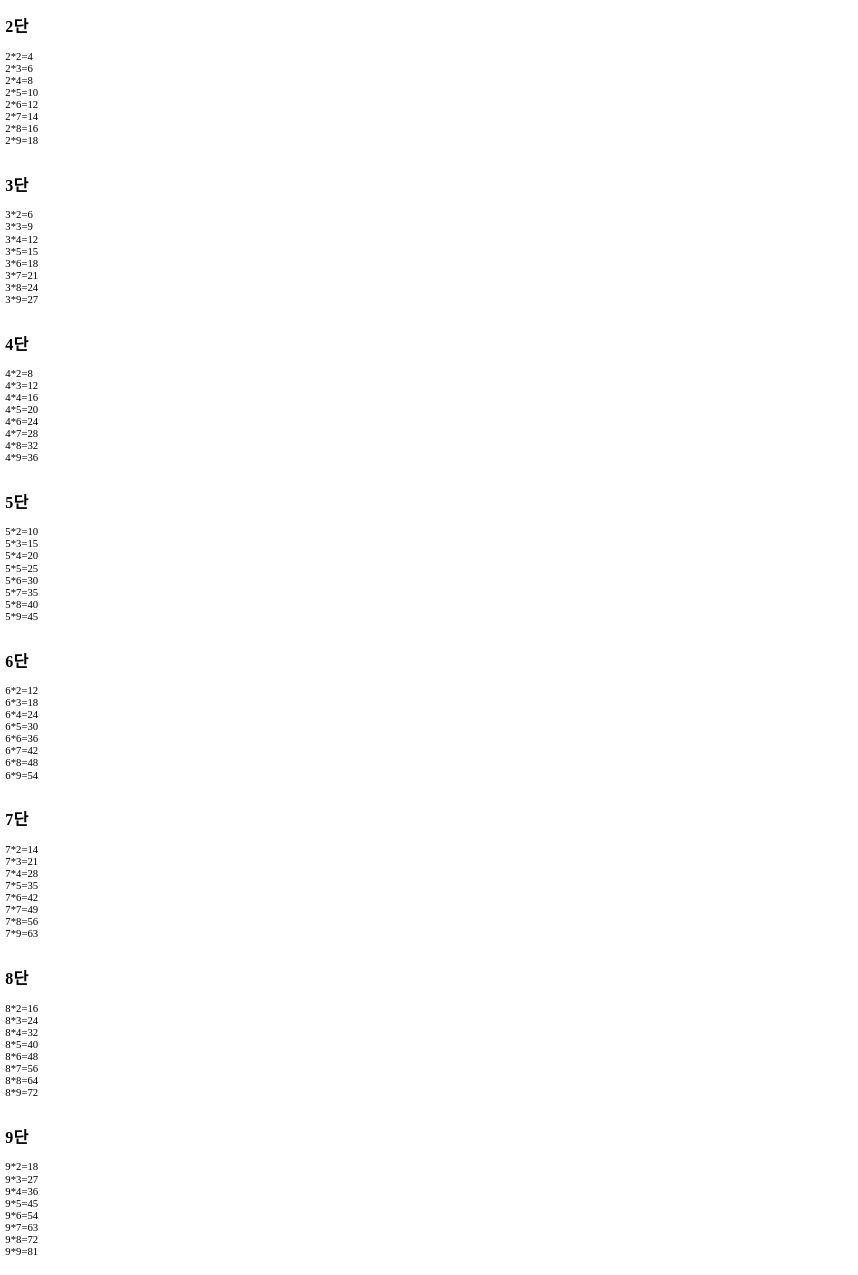
Repository: Park-Dongheon/Servlet-JSP_Training
Page: http://localhost/MissionJSP/Gugudan1-1.jsp
An editor plug-in stored every save of this project. The page is shown before and after the next save, followed by the edit.
The browser window is 1280 px wide. The pictures show the whole page, at 67% of full size.
The page is served by Tomcat 10. Other server files are loaded and not shown.

Above is the page before, as saved 2024-06-11 04:04:33.

### MissionJSP/src/main/webapp/Gugudan1-1.jsp
<%@ page language="java" contentType="text/html; charset=UTF-8"
	pageEncoding="UTF-8"%>

<!DOCTYPE html>
<html>
<head>
<meta charset="UTF-8">
<title>구구단</title>
</head>
<body>
	<%
	String dir = "ver";

	try {
		// http://localhost:8080/missionJSP/Gugudan1.jsp?dan=2
		dir = request.getParameter("dir").toString();

	} catch (Exception e) {}

	if (dir.equalsIgnoreCase("ver")) {

		for (int i = 2; i <= 9; i++) {
			out.print(String.format("<h2>%d단</h2>", i));
			for (int j = 2; j <= 9; j++) {
				out.print(i + "*" + j + "=" + (i * j) + "<br />");
			}
			out.print("<br />");
		}
	} else if (dir.equalsIgnoreCase("hor")) {
		for (int i = 2; i <= 9; i++) {
			out.print(String.format("<h2>%d단</h2>", i));
			for (int j = 2; j <= 9; j++) {
				out.print(i + "*" + j + "=" + (i * j) + "&nbsp&nbsp&nbsp");
			}
			out.print("<br />");
		}
	}
	%>
</body>
</html>

After the next save:
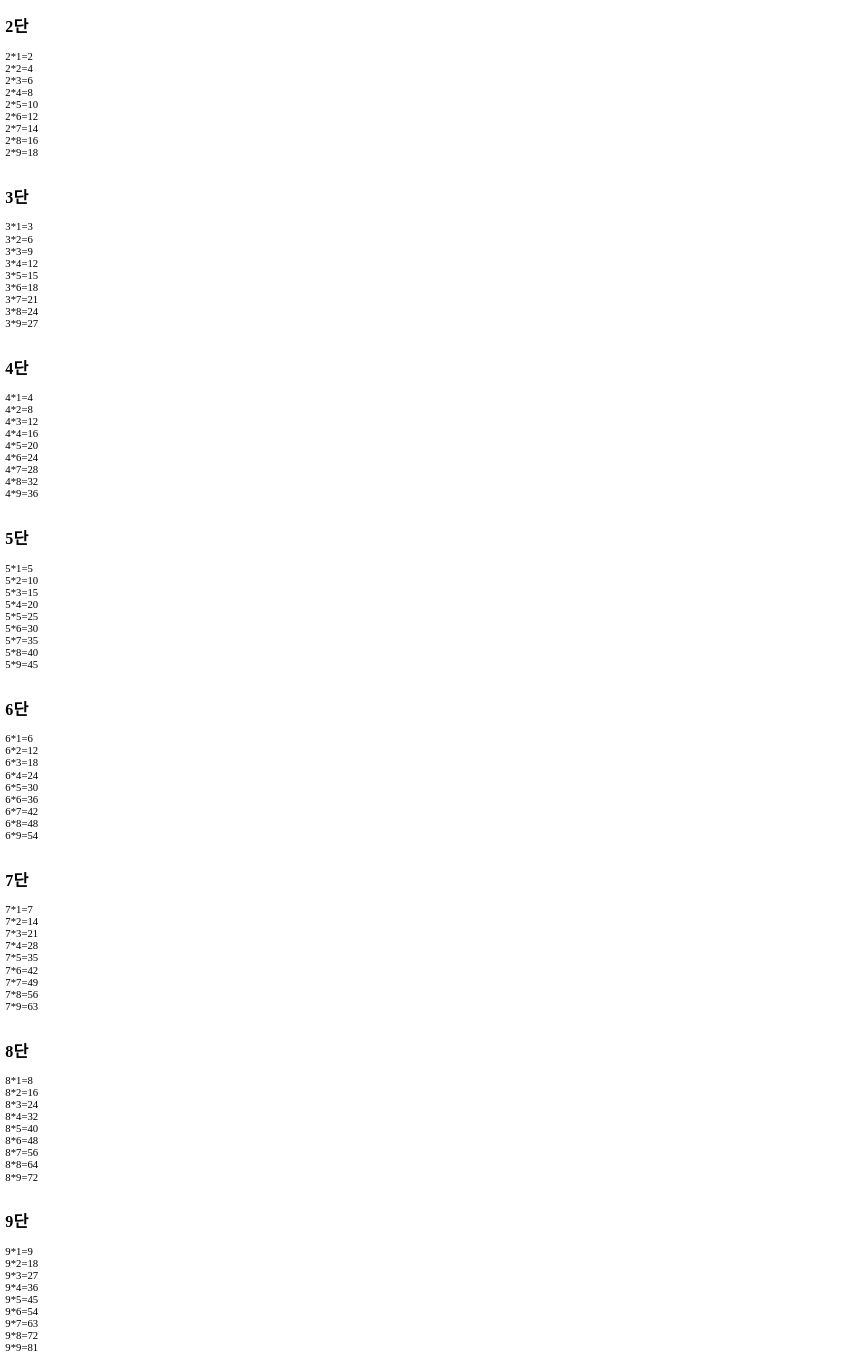
Saved 22 s later.
--- a/MissionJSP/src/main/webapp/Gugudan1-1.jsp
+++ b/MissionJSP/src/main/webapp/Gugudan1-1.jsp
@@ -21,7 +21,7 @@
 
 		for (int i = 2; i <= 9; i++) {
 			out.print(String.format("<h2>%d단</h2>", i));
-			for (int j = 2; j <= 9; j++) {
+			for (int j = 1; j <= 9; j++) {
 				out.print(i + "*" + j + "=" + (i * j) + "<br />");
 			}
 			out.print("<br />");
@@ -29,7 +29,7 @@
 	} else if (dir.equalsIgnoreCase("hor")) {
 		for (int i = 2; i <= 9; i++) {
 			out.print(String.format("<h2>%d단</h2>", i));
-			for (int j = 2; j <= 9; j++) {
+			for (int j = 1; j <= 9; j++) {
 				out.print(i + "*" + j + "=" + (i * j) + "&nbsp&nbsp&nbsp");
 			}
 			out.print("<br />");
